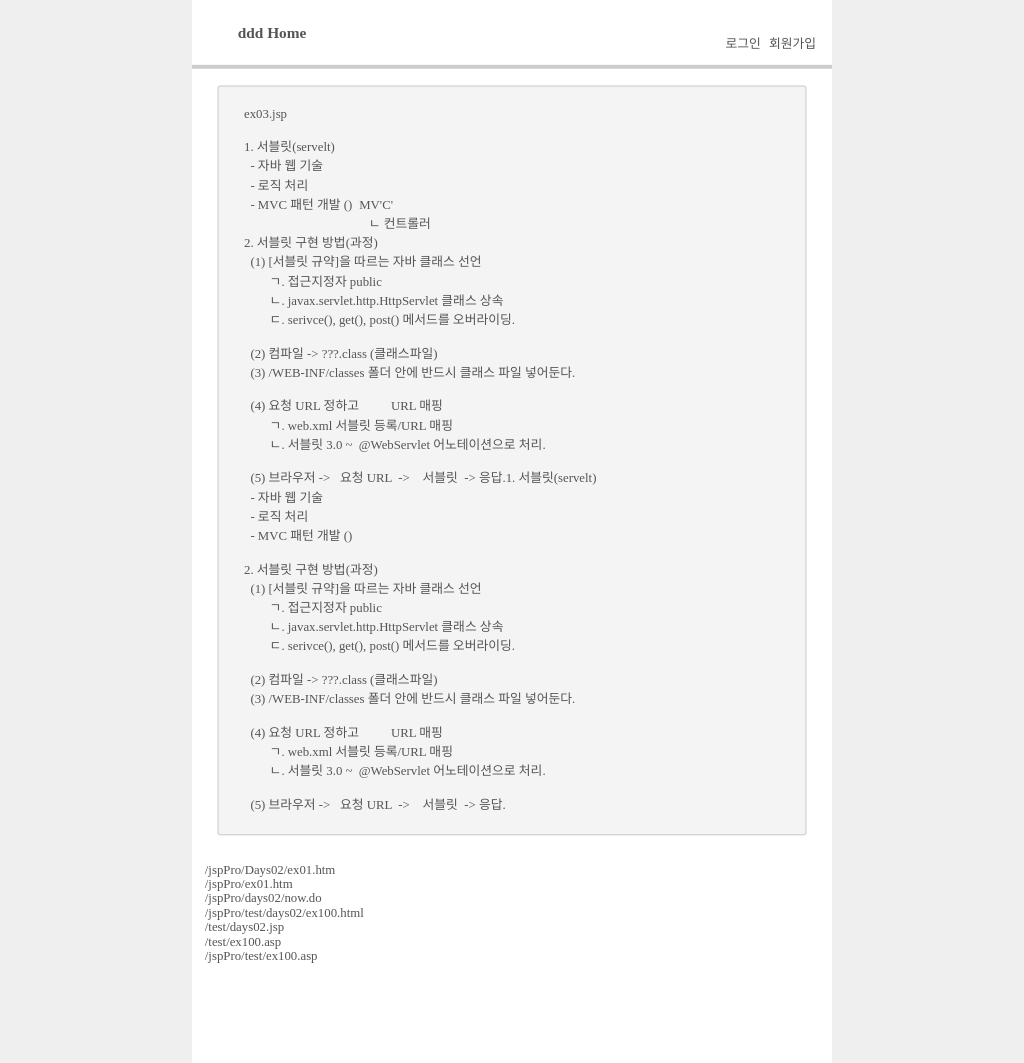
Repository: Deneb0000/JSP
Page: http://localhost/jspPro/days02/ex03.jsp
An editor plug-in stored every save of this project. The page is shown before and after the next save, followed by the edit.
The browser window is 1280 px wide. The pictures show the whole page, at 80% of full size.
Some web fonts or font styles are not loaded; a fallback is used. The page is served by Tomcat 9.

Above is the page before, as saved 2024-10-16 07:42:11.

After the next save:
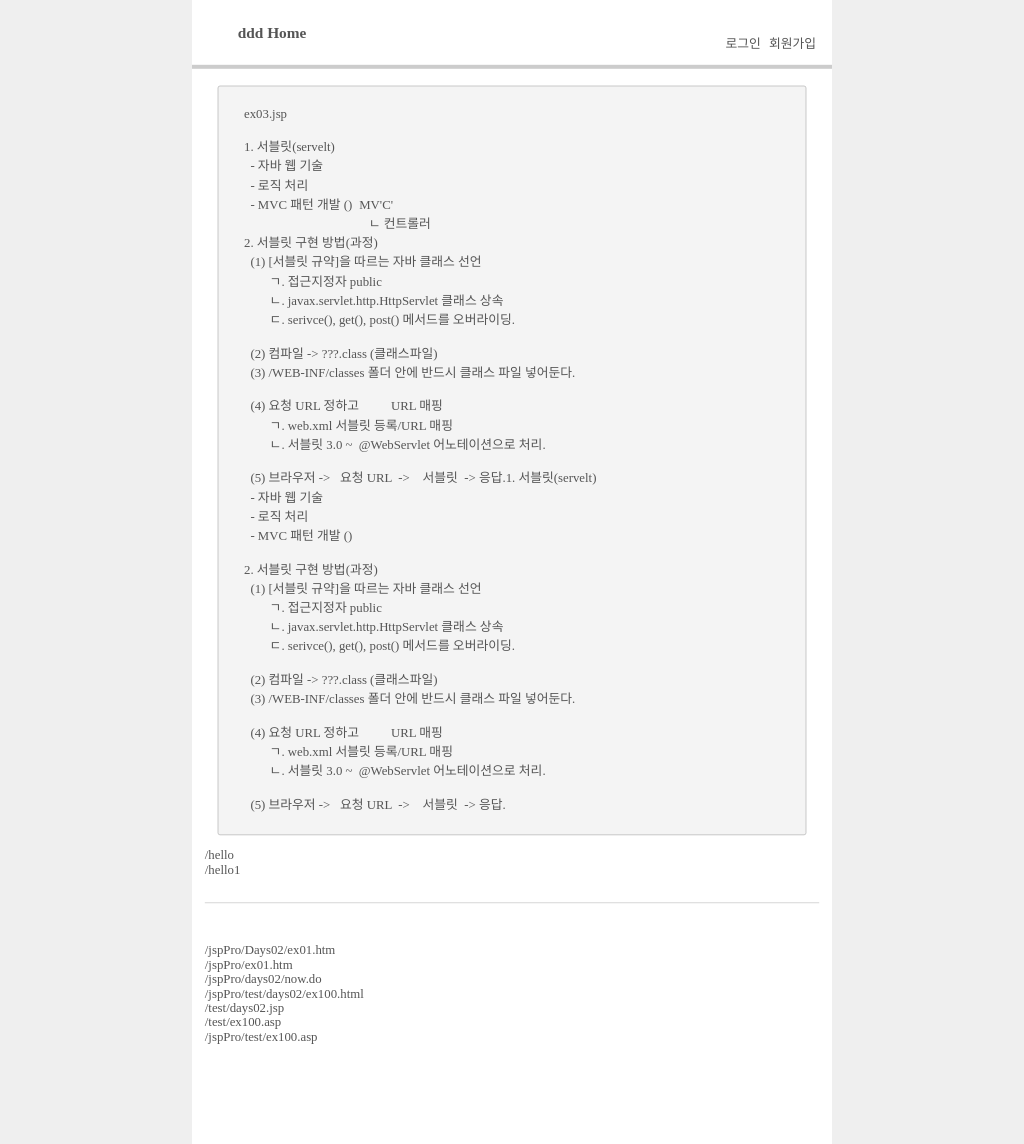
Saved 31 min 4 s later.
--- a/jspPro/src/main/webapp/days02/ex03.jsp
+++ b/jspPro/src/main/webapp/days02/ex03.jsp
@@ -66,6 +66,10 @@
 
       (5) 브라우저 ->   요청 URL  ->    서블릿  -> 응답.
   </xmp>
+  <a href="sample.htm">/hello</a><br>
+  <a href="sample.htm">/hello1</a><br>
+
+  <hr>
   <a href="sample.htm"></a><br>
   <a href="/jspPro/Days02/ex01.htm">/jspPro/Days02/ex01.htm</a><br>
   <a href="/jspPro/ex01.htm">/jspPro/ex01.htm</a><br>
